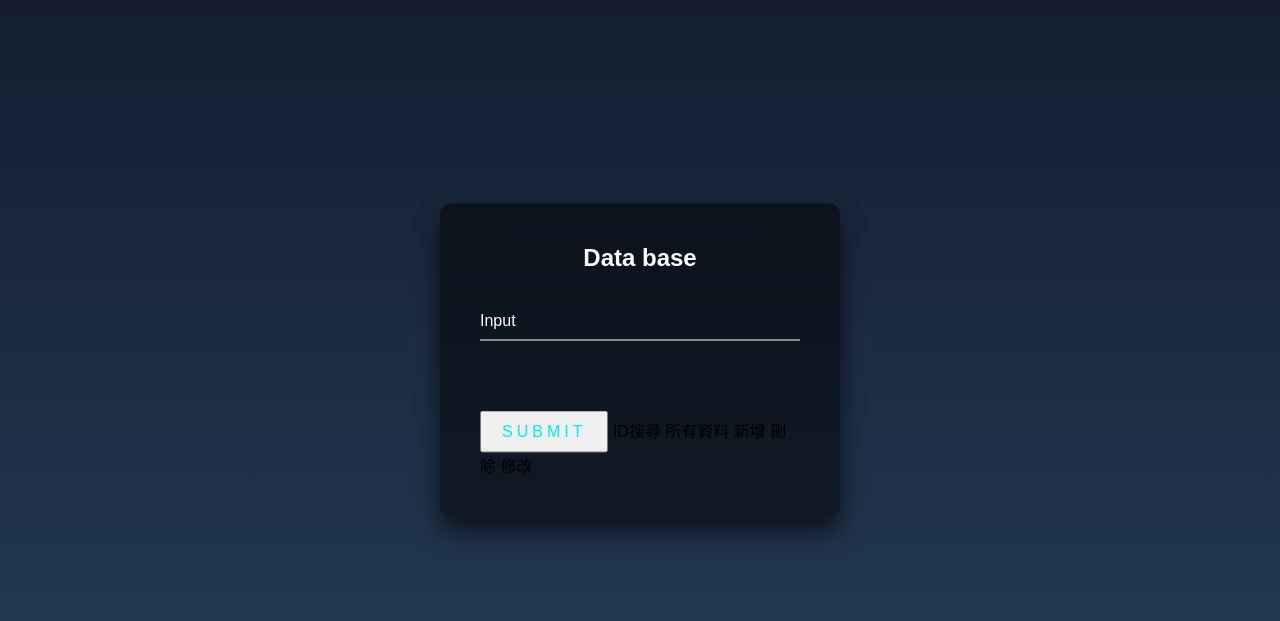
Repository: Ray917x/JaveEEforProject
Page: JSP/src/main/webapp/project/MainPageCSS.html
An editor plug-in stored every save of this project. The page is shown before and after the next save, followed by the edit.
The browser window is 1280 px wide. The pictures show the whole page.

Above is the page before, as saved 2022-09-14 07:05:31.

### JSP/src/main/webapp/project/MainPageCSS.html
<!DOCTYPE html>
<html lang="en">

<head>
<meta charset="UTF-8">
<meta http-equiv="X-UA-Compatible" content="IE=edge">
<meta name="viewport" content="width=device-width, initial-scale=1.0">
<title>Document</title>
<style>
html {
	height: 100%;
}

body {
	margin: 0;
	padding: 0;
	font-family: sans-serif;
	background: linear-gradient(#141e30, #243b55);
}

.login-box {
	position: absolute;
	top: 50%;
	left: 50%;
	width: 400px;
	padding: 40px;
	transform: translate(-50%, -50%);
	background: rgba(0, 0, 0, .5);
	box-sizing: border-box;
	box-shadow: 0 15px 25px rgba(0, 0, 0, .6);
	border-radius: 10px;
}

.login-box h2 {
	margin: 0 0 30px;
	padding: 0;
	color: #fff;
	text-align: center;
}

.login-box .user-box {
	position: relative;
}

.login-box .user-box input {
	width: 100%;
	padding: 10px 0;
	font-size: 16px;
	color: #fff;
	margin-bottom: 30px;
	border: none;
	border-bottom: 1px solid #fff;
	outline: none;
	background: transparent;
}

.login-box .user-box label {
	position: absolute;
	top: 0;
	left: 0;
	padding: 10px 0;
	font-size: 16px;
	color: #fff;
	pointer-events: none;
	transition: .5s;
}

.login-box .user-box input:focus ~label, .login-box .user-box input:valid
	~label {
	top: -20px;
	left: 0;
	color: #03e9f4;
	font-size: 12px;
}


.login-box form .button {
	position: relative;
	display: inline-block;
	padding: 10px 20px;
	color: #03e9f4;
	font-size: 16px;
	text-decoration: none;
	text-transform: uppercase;
	overflow: hidden;
	transition: .5s;
	margin-top: 40px;
	letter-spacing: 4px
}

.login-box .button:hover {
	background: #03e9f4;
	color: #fff;
	border-radius: 5px;
	box-shadow: 0 0 5px #03e9f4, 0 0 25px #03e9f4, 0 0 50px #03e9f4, 0 0
		100px #03e9f4;
}

.login-box .button span {
	position: absolute;
	display: block;
}

.login-box .button span:nth-child(1) {
	top: 0;
	left: -100%;
	width: 100%;
	height: 2px;
	background: linear-gradient(90deg, transparent, #03e9f4);
	animation: btn-anim1 1s linear infinite;
	z-index:2;
}

@
keyframes btn-anim1 { 0% {
	left: -100%;
}

50
%
,
100
%
{
left
:
100%;
}
}
.login-box .button span:nth-child(2) {
	top: -100%;
	right: 0;
	width: 2px;
	height: 100%;
	background: linear-gradient(180deg, transparent, #03e9f4);
	animation: btn-anim2 1s linear infinite;
	animation-delay: .25s;
	z-index:2;
}

@
keyframes btn-anim2 { 0% {
	top: -100%;
}

50
%
,
100
%
{
top
:
100%;
}
}
.login-box .button span:nth-child(3) {
	bottom: 0;
	right: -100%;
	width: 100%;
	height: 2px;
	background: linear-gradient(270deg, transparent, #03e9f4);
	animation: btn-anim3 1s linear infinite;
	animation-delay: .5s;
	z-index:2;
}

@
keyframes btn-anim3 { 0% {
	right: -100%;
}

50
%
,
100
%
{
right
:
100%;
}
}
.login-box .button span:nth-child(4) {
	bottom: -100%;
	left: 0;
	width: 2px;
	height: 100%;
	background: linear-gradient(360deg, transparent, #03e9f4);
	animation: btn-anim4 1s linear infinite;
	animation-delay: .75s;
	z-index:2;
}

@
keyframes btn-anim4 { 0% {
	bottom: -100%;
}
50
%
,
100
%
{
bottom
:
100%;
}
}
</style>
</head>

<body>
	<div class="login-box">
		<h2>Data base</h2>
		<form method="post" action="/JSP/AnimalGetJSTL">
			<div class="user-box">
				<input type="text" name="animal_id" required> <label>Input</label>
			</div>

			<input type="submit" class="button"><span></span>
				<span></span> <span></span> <span></span> ID搜尋</input>
				 <a
				formaction="/JSP/AnimalGetAllJSTL"> <span></span> <span></span>
				<span></span> <span></span> 所有資料
			</a> <a formaction="AnimalCreate.html"> <span></span> <span></span> <span></span>
				<span></span> 新增
			</a> <a formaction="/JSP/AnimalDelete"> <span></span> <span></span> <span></span>
				<span></span> 刪除
			</a> <a formaction="/JSP/AnimalGetUpdateJSTL"> <span></span> <span></span>
				<span></span> <span></span> 修改
			</a>
		</form>
	</div>
</body>

</html>

After the next save:
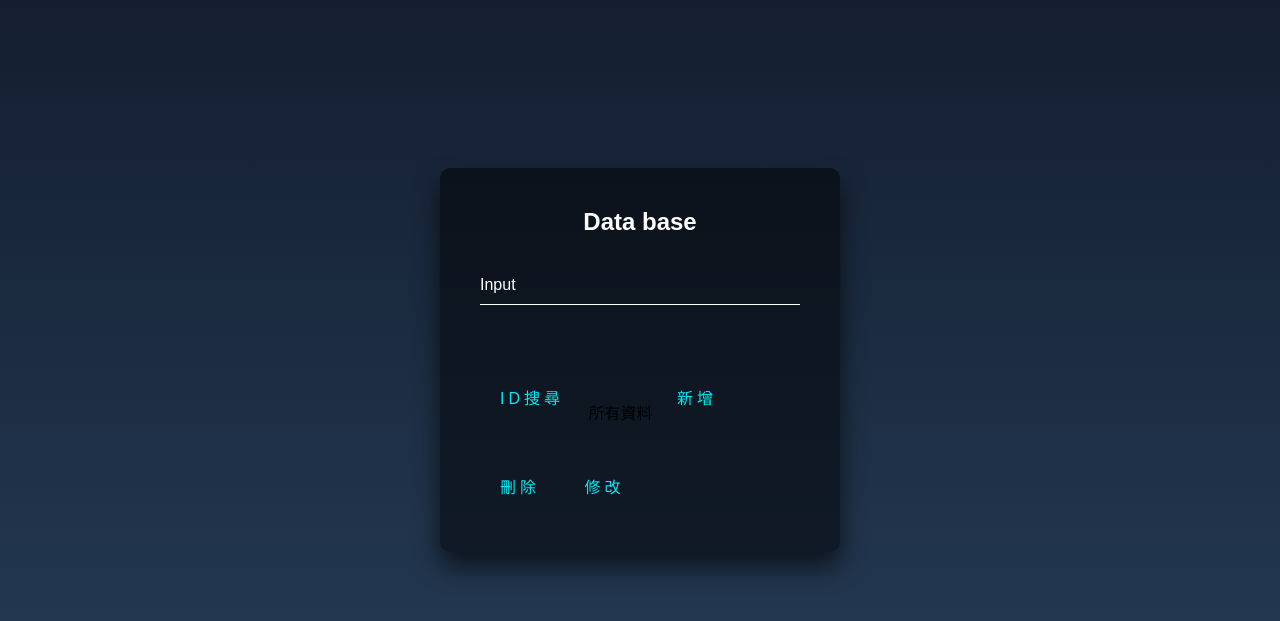
Saved 5 min 29 s later.
--- a/JSP/src/main/webapp/project/MainPageCSS.html
+++ b/JSP/src/main/webapp/project/MainPageCSS.html
@@ -74,7 +74,7 @@ body {
 }
 
 
-.login-box form .button {
+.login-box form a {
 	position: relative;
 	display: inline-block;
 	padding: 10px 20px;
@@ -88,7 +88,7 @@ body {
 	letter-spacing: 4px
 }
 
-.login-box .button:hover {
+.login-box a:hover {
 	background: #03e9f4;
 	color: #fff;
 	border-radius: 5px;
@@ -96,12 +96,12 @@ body {
 		100px #03e9f4;
 }
 
-.login-box .button span {
+.login-box a span {
 	position: absolute;
 	display: block;
 }
 
-.login-box .button span:nth-child(1) {
+.login-box a span:nth-child(1) {
 	top: 0;
 	left: -100%;
 	width: 100%;
@@ -127,7 +127,7 @@ left
 100%;
 }
 }
-.login-box .button span:nth-child(2) {
+.login-box a span:nth-child(2) {
 	top: -100%;
 	right: 0;
 	width: 2px;
@@ -154,7 +154,7 @@ top
 100%;
 }
 }
-.login-box .button span:nth-child(3) {
+.login-box a span:nth-child(3) {
 	bottom: 0;
 	right: -100%;
 	width: 100%;
@@ -181,7 +181,7 @@ right
 100%;
 }
 }
-.login-box .button span:nth-child(4) {
+.login-box a span:nth-child(4) {
 	bottom: -100%;
 	left: 0;
 	width: 2px;
@@ -218,10 +218,13 @@ bottom
 				<input type="text" name="animal_id" required> <label>Input</label>
 			</div>
 
-			<input type="submit" class="button"><span></span>
-				<span></span> <span></span> <span></span> ID搜尋</input>
-				 <a
-				formaction="/JSP/AnimalGetAllJSTL"> <span></span> <span></span>
+			<a>
+			<span></span>
+			<span></span>
+			<span></span>
+			<span></span> ID搜尋</a>
+
+			<aformaction="/JSP/AnimalGetAllJSTL"> <span></span> <span></span>
 				<span></span> <span></span> 所有資料
 			</a> <a formaction="AnimalCreate.html"> <span></span> <span></span> <span></span>
 				<span></span> 新增
